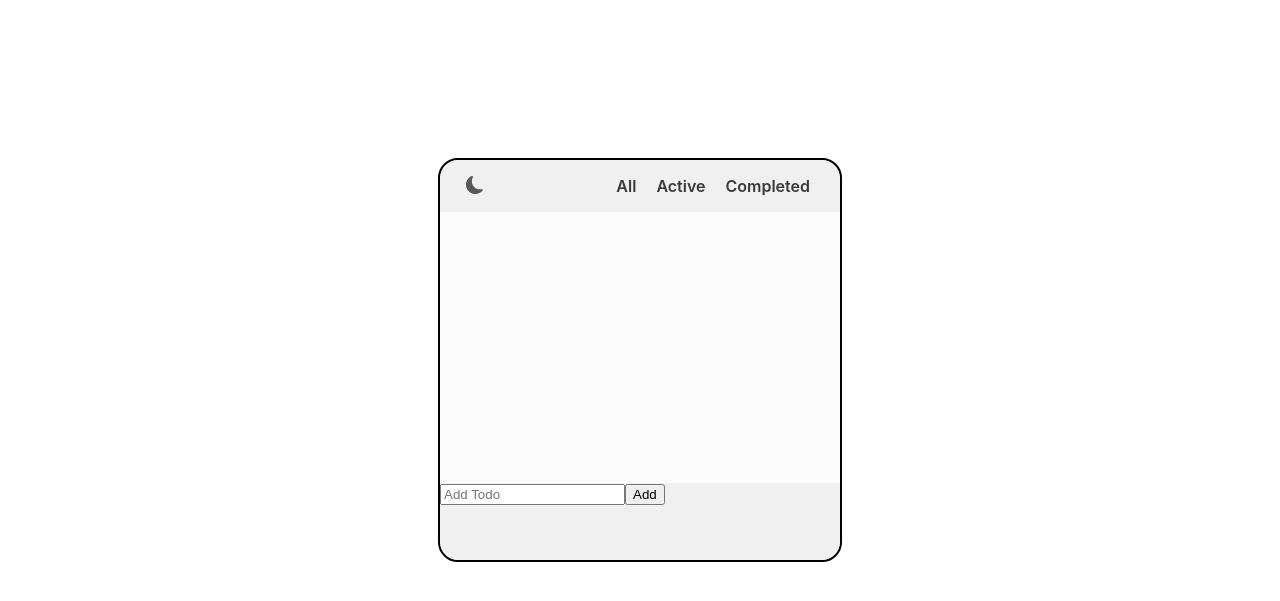
Repository: momo0170/react_todolist
Page: /
An editor plug-in stored every save of this project. The page is shown before and after the next save, followed by the edit.
The browser window is 1280 px wide. The pictures show the whole page.
The project was rebuilt for these pictures with package versions that can differ from the ones it lists, and the page was loaded fresh each time. Also part of the build but not shown: src/css/Todo.module.css, src/components/Todo.jsx.

Above is the page before, as saved 2022-11-02 12:54:54.

### src/index.css
body {
  margin: 0;
  font-family: -apple-system, BlinkMacSystemFont, 'Segoe UI', 'Roboto', 'Oxygen',
    'Ubuntu', 'Cantarell', 'Fira Sans', 'Droid Sans', 'Helvetica Neue',
    sans-serif;
  -webkit-font-smoothing: antialiased;
  -moz-osx-font-smoothing: grayscale;
  height: 100vh;
  display: flex;
  justify-content: center;
  align-items: center;
}

code {
  font-family: source-code-pro, Menlo, Monaco, Consolas, 'Courier New',
    monospace;
}

### src/App.jsx
import styles from './App.module.css';
import { BsMoonFill, BsSun } from 'react-icons/bs';
import { useEffect, useRef, useState } from 'react';
import Todo from './components/Todo';

function App() {
  const [todos, setTodos] = useState([]);
  const onSubmit = (e) => {
    console.log(e);
    e.preventDefault();
    if (e.target[0].value !== '') {
      setTodos([...todos, { id: todos.length + 1, name: e.target[0].value }]);
      e.target[0].value = '';
    }
  };

  const onChange = (e) => {
    console.log(e.target.value);
  };
  const onDelete = (targetId) => {
    setTodos((prev) => prev.filter((todo) => todo.id !== targetId));
  };

  console.log(todos);

  return (
    <div className={styles.container}>
      <header className={styles.header}>
        <button className={styles.modeBtn}>
          <BsMoonFill size="18" color="#595959" />
        </button>
        <ul className={styles.filter}>
          <li>All</li>
          <li>Active</li>
          <li>Completed</li>
        </ul>
      </header>
      <main className={styles.main}>
        {todos.map((todo) => (
          <li className={styles.list} key={todo.id}>
            <Todo todo={todo} onDelete={onDelete} />
          </li>
        ))}
      </main>
      <footer className={styles.footer}>
        <form className={styles.form} onSubmit={onSubmit}>
          <input
            type="text"
            placeholder="Add Todo"
            className={styles.input}
            onChange={onChange}
          />
          <button className={styles.addBtn}>Add</button>
        </form>
      </footer>
    </div>
  );
}

export default App;

### src/App.module.css
.container {
  display: flex;
  flex-direction: column;
  border: 2px solid black;
  border-radius: 20px;
  width: 400px;
  height: 400px;
}

.header {
  display: flex;
  background-color: #f0f0f0;
  border-radius: 20px 20px 0 0;
  justify-content: space-between;
  padding: 0 20px;
}
.modeBtn {
  border: 0;
  background-color: transparent;
}
.filter {
  list-style: none;
  display: flex;
  padding: 0;
}
.filter li {
  margin: 0 10px;
  cursor: pointer;
  font-weight: 600;
  color: #393939;
}

.main {
  flex: 1 1 70%;
  background-color: #fbfbfb;
}

.footer {
  flex: 1 1 20%;
  background-color: #f0f0f0;
  border-radius: 0 0 20px 20px;
}

Loaded but not shown: public/index.html (common file); src/index.js (common file); src/reportWebVitals.js (common file)

After the next save:
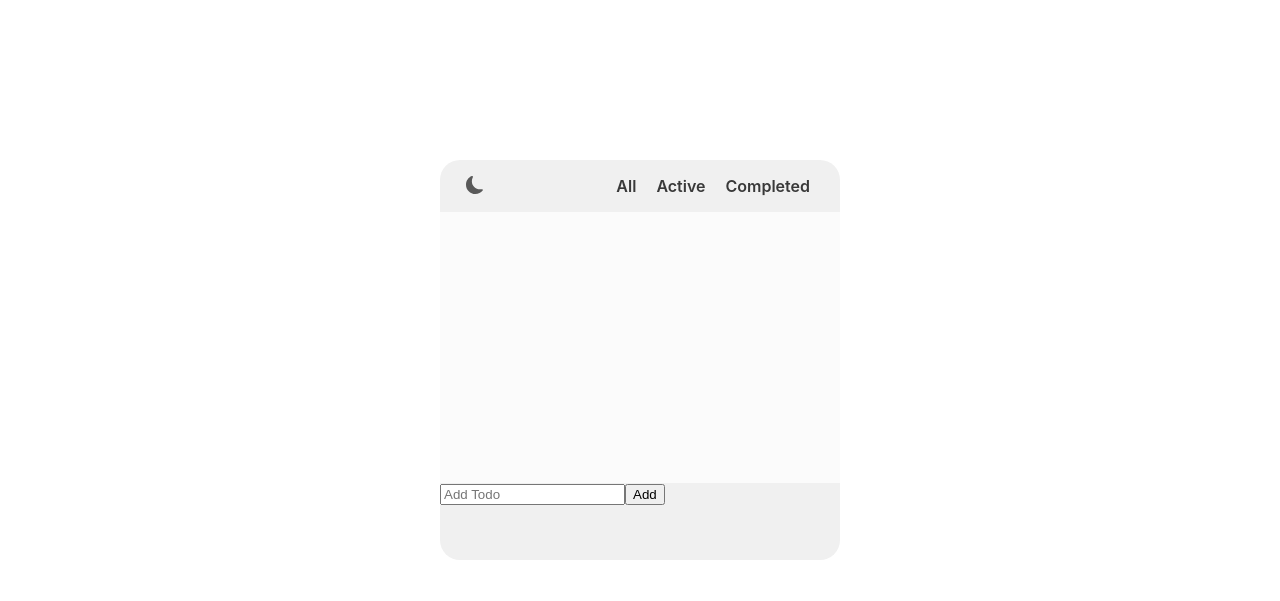
Saved 59 s later.
--- a/src/App.module.css
+++ b/src/App.module.css
@@ -1,7 +1,7 @@
 .container {
   display: flex;
   flex-direction: column;
-  border: 2px solid black;
+
   border-radius: 20px;
   width: 400px;
   height: 400px;
